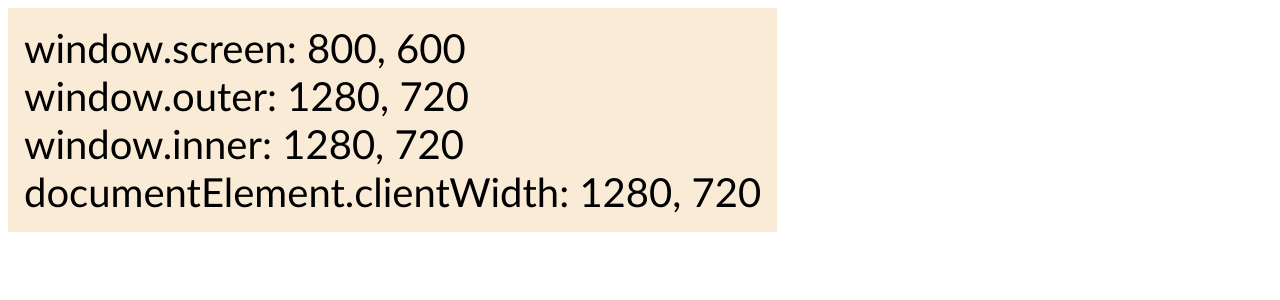
Repository: sephinejo/frontend-browser-101
Page: browser/window_size.html
These files come from the project's save history. The page is drawn as it stood at one moment and after the next save; the edit follows.
The browser window is 1280 px wide. The pictures show the whole page.

Above is the page before, as saved 2023-05-10 12:27:36.

After the next save:
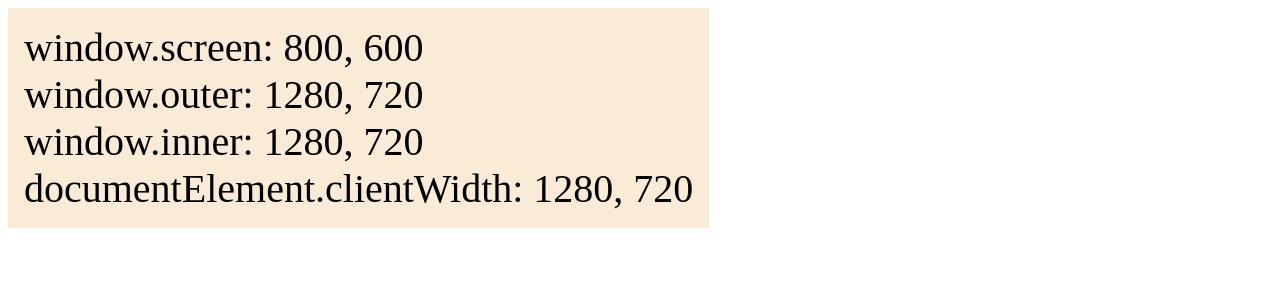
Saved 15 s later.
--- a/browser/window_size.html
+++ b/browser/window_size.html
@@ -11,8 +11,7 @@
         background-color: antiquewhite;
         padding: 16px;
         font-size: 40px;
-        font-family: 'Gill Sans', 'Gill Sans MT', Calibri, 'Trebuchet MS',
-          sans-serif;
+        font-family: 'Times New Roman', Times, serif;
       }
     </style>
   </head>

After the save that followed:
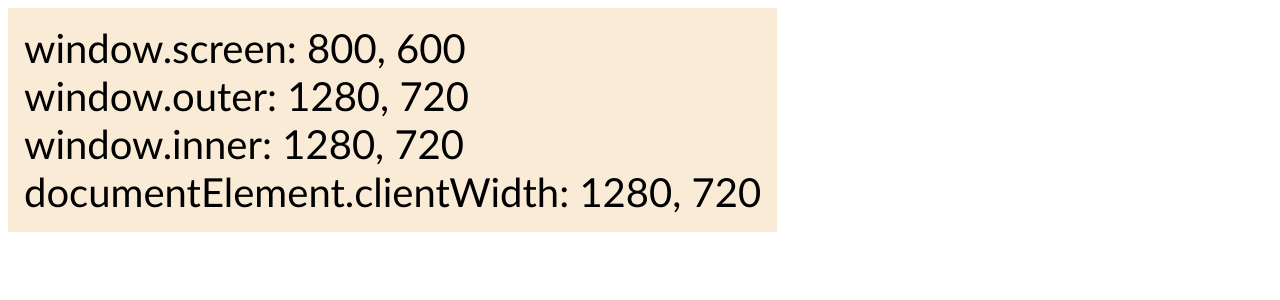
Saved 19 s later.
--- a/browser/window_size.html
+++ b/browser/window_size.html
@@ -11,7 +11,8 @@
         background-color: antiquewhite;
         padding: 16px;
         font-size: 40px;
-        font-family: 'Times New Roman', Times, serif;
+        font-family: 'Trebuchet MS', 'Lucida Sans Unicode', 'Lucida Grande',
+          'Lucida Sans', Arial, sans-serif;
       }
     </style>
   </head>
